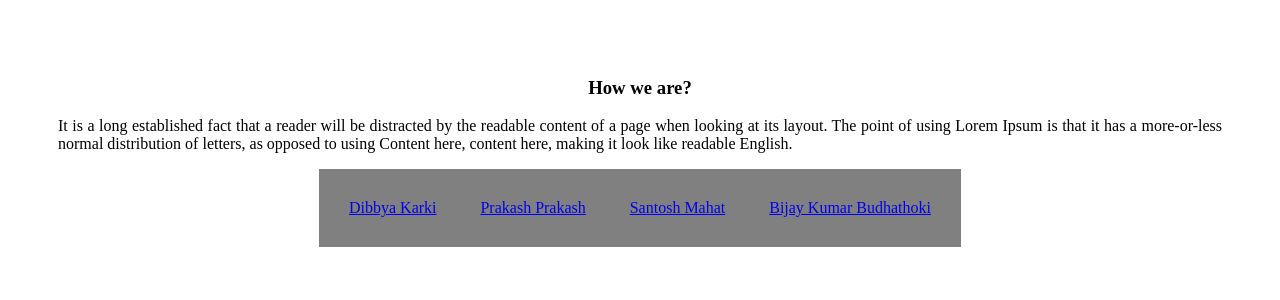
Repository: Dibbya65/Django-Basic
Page: http://localhost/about/
These files come from the project's save history. The page is drawn as it stood at one moment and after the next save; the edit follows.
The browser window is 1280 px wide. The pictures show the whole page.
The page is served by the project's application, run on Django 3.2 (manage.py). The page reads the database file committed with the project.

Above is the page before, as saved 2021-11-14 03:20:41.

After the next save:
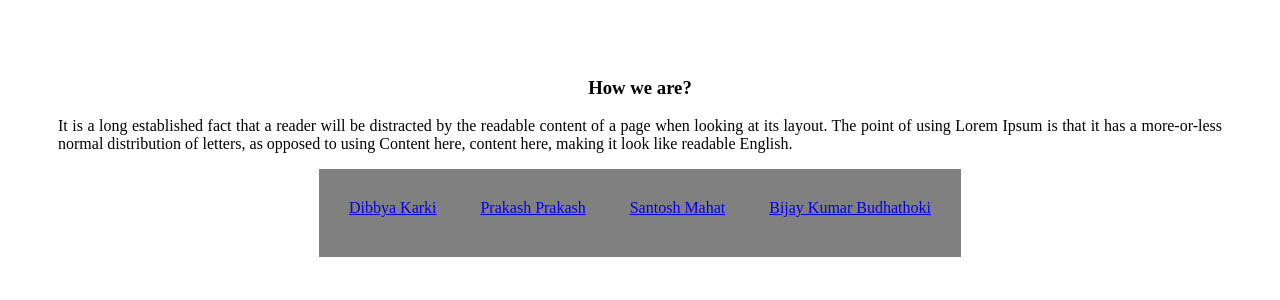
Saved 64 s later.
--- a/base/templates/base/about.html
+++ b/base/templates/base/about.html
@@ -10,7 +10,7 @@
 <div style="display:flex;justify-content:center;align-items:center;">
 <div style="width:50%;display:flex;justify-content:space-between;flex-wrap:wrap;background-color:gray;padding:30px;">
 {%for team in teams %}
-    <a href="{% url 'about-detail' team.id %}">{{ team.name}}</a>
+    <a href="{% url 'about-detail' team.id %}" style="margin-bottom:10px;">{{ team.name}}</a>
 {%endfor%}
 </div>
 </div>
